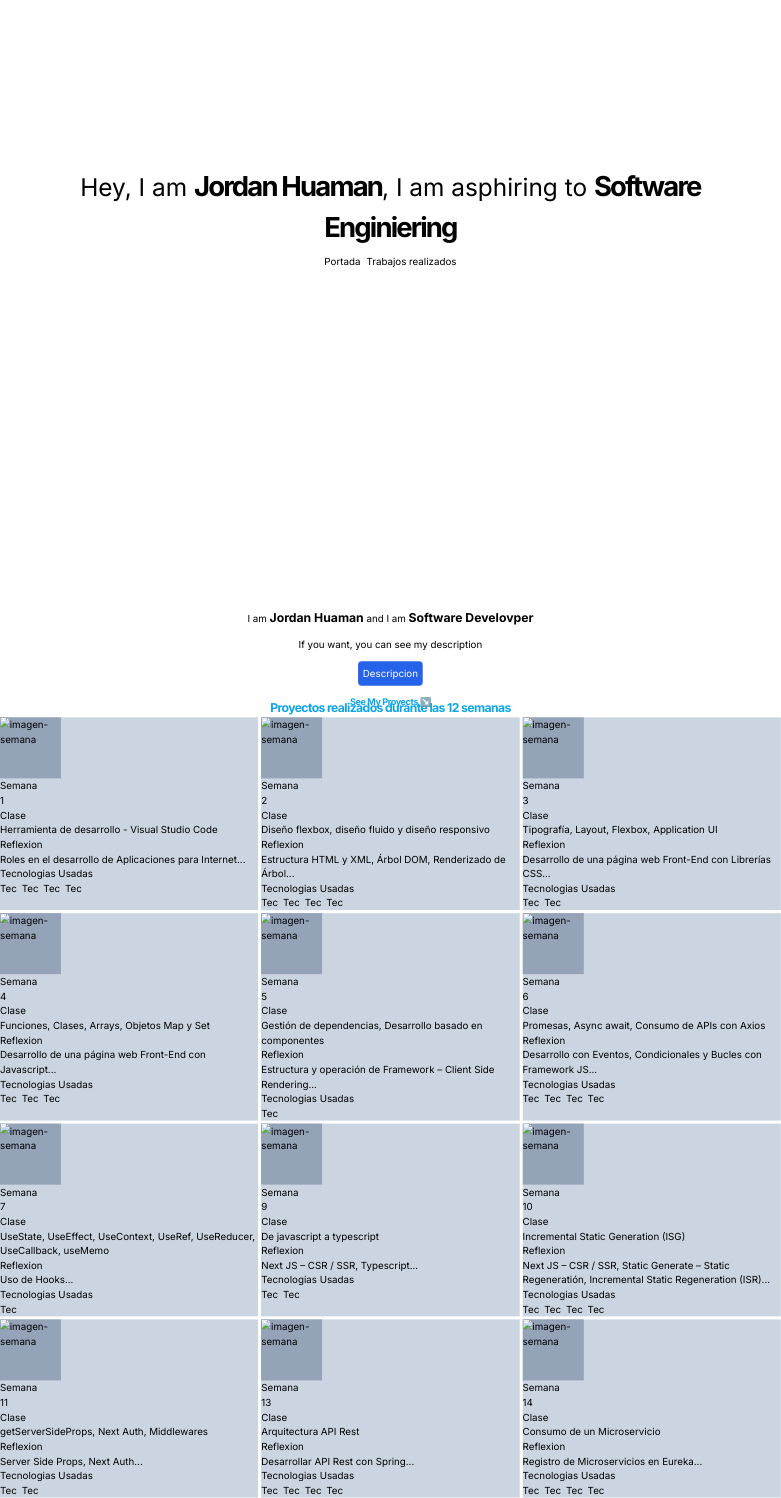
Repository: devsecops-node/portafolio-nextj-pages
Page: /
An editor plug-in stored every save of this project. The page is shown before and after the next save, followed by the edit.
The browser window is 1280 px wide. The pictures show the whole page, at 61% of full size.
The project was rebuilt for these pictures with package versions that can differ from the ones it lists, and the page was loaded fresh each time. The framework's server and built-in components were replaced by stand-ins that run in the browser. Also part of the build but not shown: next.config.js, src/components/Modal.jsx, src/styles/transitionPage.module.css.

Above is the page before, as saved 2024-01-15 04:51:18.

### src/app/page.js
"use client"
import Dashboard from '@/components/Dashboard'
import Transition from '@/components/Transition'
import Image from 'next/image'
import { useEffect, useState } from 'react'

export default function Home() {
  const [showAnimation, setShowAnimation] = useState(true)

  useEffect(() => {
    console.log('Ejecutando')
    setTimeout(() => {
      setShowAnimation(false)
    }, 2000)
  }, [])
  return (
    <main className='h-[100vh]'>
      {showAnimation ? <Transition /> : <Dashboard />}
    </main>
  )
}

### src/components/Dashboard.jsx
import React from 'react'
import stles from "@/styles/dashboard.module.css"
import Portada from './Portada'
import { useRef } from 'react'
import Proyects from './Proyects'

const Dashboard = () => {

  const scrollToPortada = () => {
    const portada = document.getElementById('portada')

    if (portada) {
      console.log('ejecutando id')
      portada.scrollIntoView({ behavior: 'smooth' })
    }
  }

  const scrollToProyects = () => {
    const portada = document.getElementById('proyects')

    if (portada) {
      console.log('ejecutando id')
      portada.scrollIntoView({ behavior: 'smooth' })
    }
  }

  return (
    <section className={stles.home_view}>
      <div className='h-screen flex justify-center items-center flex-col'>
        <div className={stles.home_view_principal}>
          <p className={stles.animar_text} id='detec'> Hey, I am <span className="animacion-bolder">Jordan
            Huaman</span>, I am asphiring to <span className={stles.detect}>Software Enginiering</span>
          </p>
        </div>
        <div className={stles.home_view_links}>
          <a onClick={scrollToPortada} className={stles.animar_abajo}>
            <p>Portada</p>
          </a>
          {/* <a href="" className={stles.animar_abajo}>
            <p>Bienvenida Introduccion</p>
          </a>
          <a href="" className={stles.animar_arriba}>
            <p>Tabla de contenido</p>
          </a><a href="" className={stles.animar_arriba}>
            <p>Informacion sobre mi</p>
          </a> */}
          <a  onClick={scrollToProyects} className={stles.animar_abajo}>
            <p>Trabajos realizados</p>
          </a>

        </div>
        <div>
        </div>
      </div>
      <div id='portada'>
        <Portada scrolProyects={scrollToProyects}/>
      </div>
      <div id='proyects'>
        <Proyects/>
      </div>
    </section>
  )
}

export default Dashboard

### src/components/Transition.jsx
import React from 'react'
import styles from "@/styles/transitionPage.module.css"

const Transition = () => {
  return (
    <div className={styles.home}>
      <main className=''>
        <p className={styles.text_1}>Jh</p>
        <p className={styles.text_2}>Jordan Huaman - Porfolio</p>
      </main>
      <footer>
        <p className={styles.text_3}>Software Engineerin - 2024</p>
      </footer>
    </div>
  )
}

export default Transition

### src/styles/dashboard.module.css
/* ? Home-view part */
.home_view {
  height: 100%;
}

.animar_text {
  animation: apper-2 2s;
  -webkit-animation: apper-2 2s;
}

.home_view_principal {
  width: 90%;
  margin: 0 auto;
}

.home_view_principal p {
  text-align: center;
  font-size: 40px;
}

.home_view_principal p span {
  font-size: 45px;
  letter-spacing: -3px;
  font-weight: bold;
}

.home_view_principal p span:hover .child {
  background-color: red;
}

@keyframes apper-2 {
  0% {
    opacity: 0;
    transform: translateY(-200px);
    -webkit-transform: translateY(-200px);
    -moz-transform: translateY(-200px);
    -ms-transform: translateY(-200px);
    -o-transform: translateY(-200px);
  }

  50% {
    opacity: 1;
    transform: translateY(-20px);
    -webkit-transform: translateY(-20px);
    -moz-transform: translateY(-20px);
    -ms-transform: translateY(-20px);
    -o-transform: translateY(-20px);
  }

  100% {
    opacity: 1;
    transform: translateY(0px);
    -webkit-transform: translateY(0px);
    -moz-transform: translateY(0px);
    -ms-transform: translateY(0px);
    -o-transform: translateY(0px);
  }
}

.home_view_links {
  display: flex;
  padding: 10px;
  justify-content: space-between;
  gap: 10px;
}

/* Line aniamtion */
.line-animation {
  display: inline;
  cursor: pointer;
  position: relative;
  /* padding: 5px; */
}

.line-animation::after {
  /* margin-top: 10px; */
  content: "";
  position: absolute;
  width: 100%;
  height: 3px;
  top: auto;
  bottom: 14px;
  left: -4px;
  transform: scaleX(0);
  box-shadow: 0 5px 0 black;
  transform-origin: bottom right;
  transition: transform 0.5s ease-out;
}

.line-animation:hover:after {
  transform: scaleX(1);
  transform-origin: bottom left;
}

.animacion-bolder {
  animation: animar-bold 2s linear alternate slidein;
  -webkit-animation: animar-bold 2s linear alternate slidein;
}

.animar_arriba{
  animation: apper-arriba 2s;
  -webkit-animation: apper-arriba 2s;
}
.animar_abajo{
  cursor: pointer;
  animation: apper-abajo 2s;
  -webkit-animation: apper-abajo 2s;

}

@keyframes apper-arriba {
  0% {
    opacity: 0;
    transform: translateY(200px);
    -webkit-transform: translateY(200px);
    -moz-transform: translateY(200px);
    -ms-transform: translateY(200px);
    -o-transform: translateY(200px);
}

  50% {
    opacity: 1;
    transform: translateY(-20px);
    -webkit-transform: translateY(-20px);
    -moz-transform: translateY(-20px);
    -ms-transform: translateY(-20px);
    -o-transform: translateY(-20px);
  }

  100% {
    opacity: 1;
    transform: translateY(0px);
    -webkit-transform: translateY(0px);
    -moz-transform: translateY(0px);
    -ms-transform: translateY(0px);
    -o-transform: translateY(0px);
  }
}
@keyframes apper-abajo {
  0% {
    opacity: 0;
    transform: translateY(-200px);
    -webkit-transform: translateY(-200px);
    -moz-transform: translateY(-200px);
    -ms-transform: translateY(-200px);
    -o-transform: translateY(-200px);
}

  50% {
    opacity: 1;
    transform: translateY(-20px);
    -webkit-transform: translateY(-20px);
    -moz-transform: translateY(-20px);
    -ms-transform: translateY(-20px);
    -o-transform: translateY(-20px);
  }

  100% {
    opacity: 1;
    transform: translateY(0px);
    -webkit-transform: translateY(0px);
    -moz-transform: translateY(0px);
    -ms-transform: translateY(0px);
    -o-transform: translateY(0px);
  }
}

@keyframes animar-bold {
  0% {
    opacity: 0;
  }

  100% {
    opacity: 1;
  }
}

### src/components/Portada.jsx
import React, { useState } from 'react'
import Modal from './Modal'

const Portada = ({ scrolProyects }) => {
  const [modal, setModal] = useState(false)
  const showModal = () => {
    setModal(true)
  }
  const closeModal = () => {
    setModal(false)
  }

  const srolPro = () => {
    scrolProyects()
  }

  return (
    <div className='h-screen flex justify-center items-center relative'>
      <section className='flex justify-center flex-col items-center gap-4'>
        <p>I am <span className='text-[20px] font-bold'>Jordan Huaman</span> and I am <span className='text-[20px] font-bold'>Software Develovper</span></p>
        <p>If you want, you can see my description</p>
        <button onClick={showModal} className='bg-blue-600 p-2 rounded-md text-white hover:scale-105 duration-150 ease-in-out'>Descripcion</button>
        {modal ? <Modal setModal={closeModal}  /> : <></>}
        <p className='text-sky-500 font-bold tracking-tighter text-[15px] transition-all duration-150 hover:scale-105 ease-in-out cursor-pointer' onClick={srolPro}>See My Proyects <span>↘️</span></p>
      </section>
    </div>
  )
}

export default Portada

### src/components/Proyects.jsx
import React from 'react'
import Card from './Card';
import styles from '@/styles/proyectos.module.css'

const Proyects = () => {
  const planDeEstudios = [
    {
      semana: 1,
      tecnologias_usadas: [
        "Fundamentos de tecnologías web",
        "DNS",
        "Protocolo TCP/IP",
        "Protocolo HTTP"
      ],
      reflexion: "Roles en el desarrollo de Aplicaciones para Internet",
      proyecto: "Desarrollo de una aplicación web",
      resumen_de_clase: "Herramienta de desarrollo - Visual Studio Code"
    },
    {
      semana: 2,
      tecnologias_usadas: ["HTML", "XML", "SEO", "CSS3"],
      reflexion: "Estructura HTML y XML, Árbol DOM, Renderizado de Árbol",
      proyecto: "Diseño de una página web",
      resumen_de_clase: "Diseño flexbox, diseño fluido y diseño responsivo"
    },
    {
      semana: 3,
      tecnologias_usadas: ["Bootstrap", "Tailwind"],
      reflexion: "Desarrollo de una página web Front-End con Librerías CSS",
      proyecto: "Práctica Calificada 01: Desarrollo de un sitio web con framework",
      resumen_de_clase: "Tipografía, Layout, Flexbox, Application UI"
    },
    {
      semana: 4,
      tecnologias_usadas: ["Javascript", "DOM", "Canvas"],
      reflexion: "Desarrollo de una página web Front-End con Javascript",
      proyecto: "Trabajo 01: Manejar el DOM con Javascript y Canvas",
      resumen_de_clase: "Funciones, Clases, Arrays, Objetos Map y Set"
    },
    {
      semana: 5,
      tecnologias_usadas: ["Framework JS"],
      reflexion: "Estructura y operación de Framework – Client Side Rendering",
      proyecto: "Laboratorio 05A: Pasar datos con props y children y mostrar en un componente hijo",
      resumen_de_clase: "Gestión de dependencias, Desarrollo basado en componentes"
    },
    {
      semana: 6,
      tecnologias_usadas: ["Eventos", "Condicionales", "Bucles", "APIs"],
      reflexion: "Desarrollo con Eventos, Condicionales y Bucles con Framework JS",
      proyecto: "Laboratorio 06A: Eventos y Renderizado Condicional e iterativo con datos de una API",
      resumen_de_clase: "Promesas, Async await, Consumo de APIs con Axios"
    },
    {
      semana: 7,
      tecnologias_usadas: ["Hooks"],
      reflexion: "Uso de Hooks",
      proyecto: "Laboratorio 09: Uso de hooks",
      resumen_de_clase: "UseState, UseEffect, UseContext, UseRef, UseReducer, UseCallback, useMemo"
    },
    {
      semana: 9,
      tecnologias_usadas: ["Next JS", "Typescript"],
      reflexion: "Next JS – CSR / SSR, Typescript",
      proyecto: "Laboratorio 10: Caso práctico consumo de API",
      resumen_de_clase: "De javascript a typescript"
    },
    {
      semana: 10,
      tecnologias_usadas: ["Next JS", "Typescript", "Static Generate", "Incremental Static Generation"],
      reflexion: "Next JS – CSR / SSR, Static Generate – Static Regeneratión, Incremental Static Regeneration (ISR)",
      proyecto: "Laboratorio 10: Caso práctico consumo de API",
      resumen_de_clase: "Incremental Static Generation (ISG)"
    },
    {
      semana: 11,
      tecnologias_usadas: ["Server Side Props", "Next Auth"],
      reflexion: "Server Side Props, Next Auth",
      proyecto: "Laboratorio 11: Subsistema de autenticación con Next JS",
      resumen_de_clase: "getServerSideProps, Next Auth, Middlewares"
    },
    {
      semana: 13,
      tecnologias_usadas: ["Spring", "HTTP", "MVC", "API Rest"],
      reflexion: "Desarrollar API Rest con Spring",
      proyecto: "Laboratorio 13: Desarrollo de una API Rest y Despliegue.",
      resumen_de_clase: "Arquitectura API Rest"
    },
    {
      semana: 14,
      tecnologias_usadas: ["Eureka", "Microservicios", "Configuración avanzada en Eureka", "Configuración en la nube"],
      reflexion: "Registro de Microservicios en Eureka",
      proyecto: "Resumen del registro de microservicio",
      resumen_de_clase: "Consumo de un Microservicio"
    }
  ];

  return (
    <div className='h-screen flex justify-center items-center flex-col'>
      <p className='text-sky-500 font-bold text-[20px]  tracking-tighter'>Proyectos realizados durante las 12 semanas</p>
      <div className={styles.proyectos}>
        {planDeEstudios.map(proyec => <Card key={proyec.semana} proyect={proyec} />)}
      </div>
    </div>
  )
}

export default Proyects

### src/components/Card.jsx
import React from 'react'

const Card = ({ proyect }) => {
  return (
    <section className='bg-slate-300'>
      <img src="" alt="imagen-semana" width={100} height={100} className='bg-slate-400' />
      <div>
        <p>Semana</p>
        <p className=''>{proyect.semana}</p>
      </div>
      <div>
        <p>Clase</p>
        <p className=''>{proyect.resumen_de_clase}</p>
      </div>
      <div>
        <p>Reflexion</p>
        <p className=''>{proyect.reflexion}...</p>
      </div>
      <div>
        <p>Tecnologias Usadas</p>
        <div className='flex gap-2'>
          {proyect.tecnologias_usadas.map(tec => <p>Tec</p>)}
        </div>
      </div>
    </section>
  )
}

export default Card

### src/styles/proyectos.module.css
.proyectos{
  display: grid;
  grid-template-columns: repeat(3,1fr);
  gap: 5px;
}

Loaded but not shown: src/app/layout.js (common file); src/app/globals.css (common file); tailwind.config.js (common file)

After the next save:
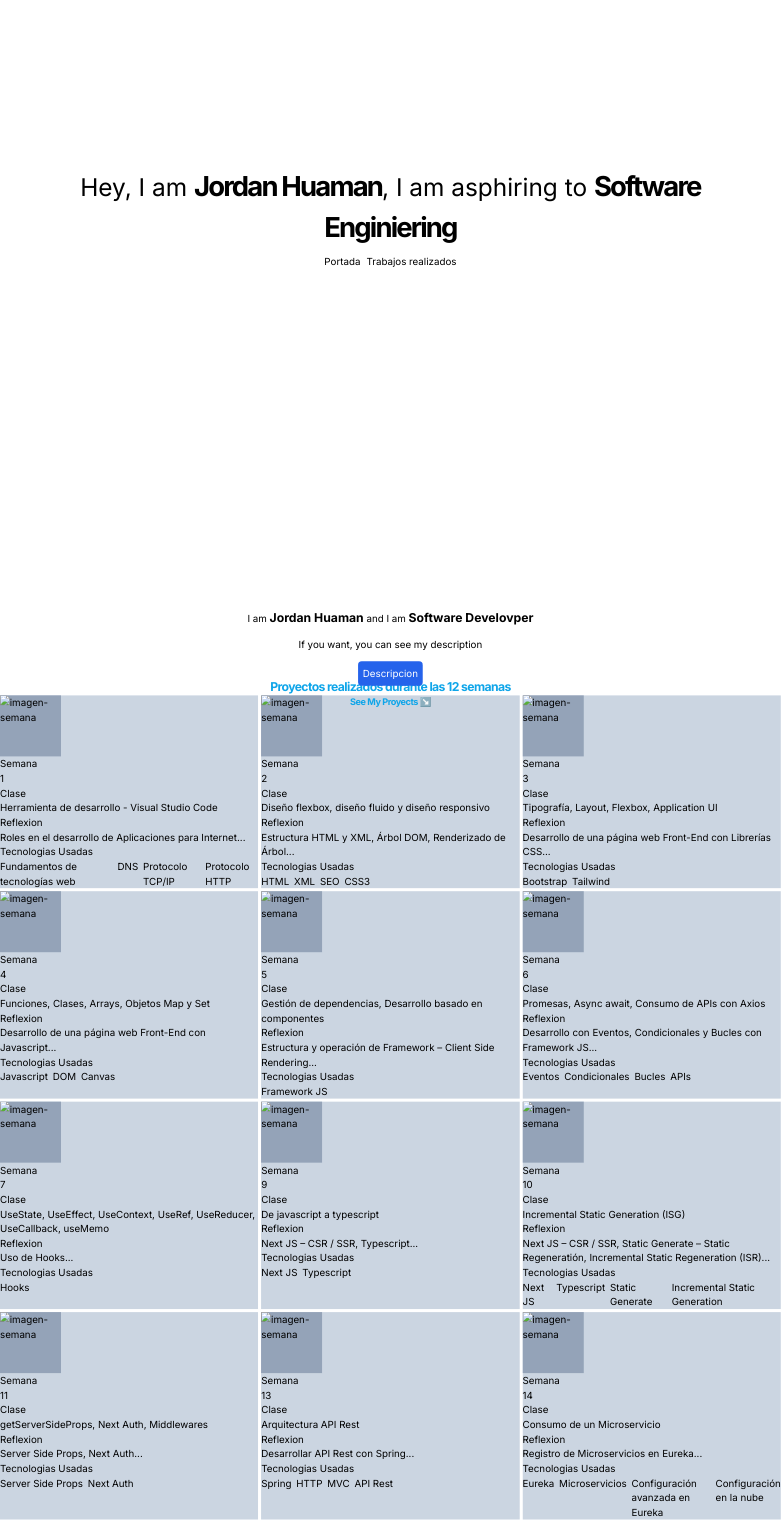
Saved 16 s later.
--- a/src/components/Card.jsx
+++ b/src/components/Card.jsx
@@ -19,7 +19,7 @@ const Card = ({ proyect }) => {
       <div>
         <p>Tecnologias Usadas</p>
         <div className='flex gap-2'>
-          {proyect.tecnologias_usadas.map(tec => <p>Tec</p>)}
+          {proyect.tecnologias_usadas.map(tec => <p>{tec}</p>)}
         </div>
       </div>
     </section>
